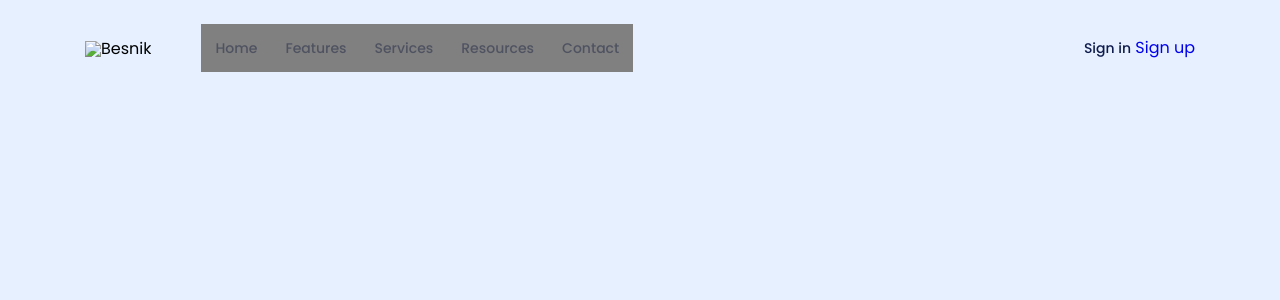
Repository: Phu2992/htmlcss-f8-01
Page: index.html
An editor plug-in stored every save of this project. The page is shown before and after the next save, followed by the edit.
The browser window is 1280 px wide. The pictures show the whole page.

Above is the page before, as saved 2024-09-25 22:38:00.

After the next save:
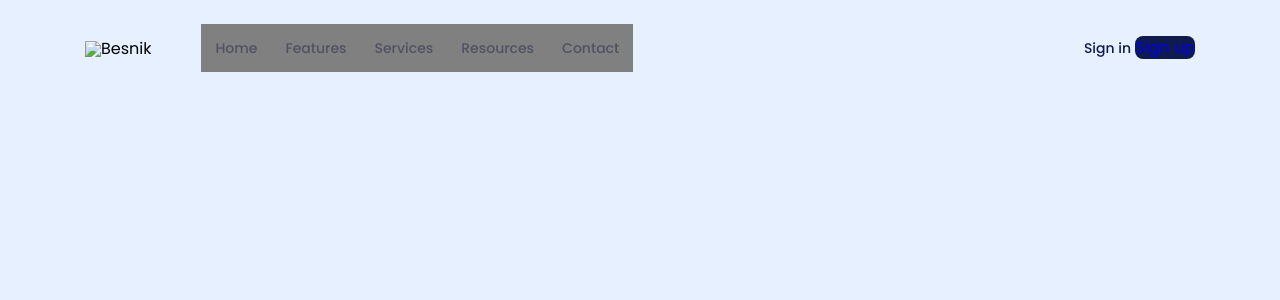
Saved 8 s later.
--- a/assets/css/styles.css
+++ b/assets/css/styles.css
@@ -31,6 +31,8 @@
 .btn {
     min-width: 98px;
     height: 40px;
+    border-radius: 8px;
+    background: #0f1b4c;
 }
 
 /* Header-Navigation */
